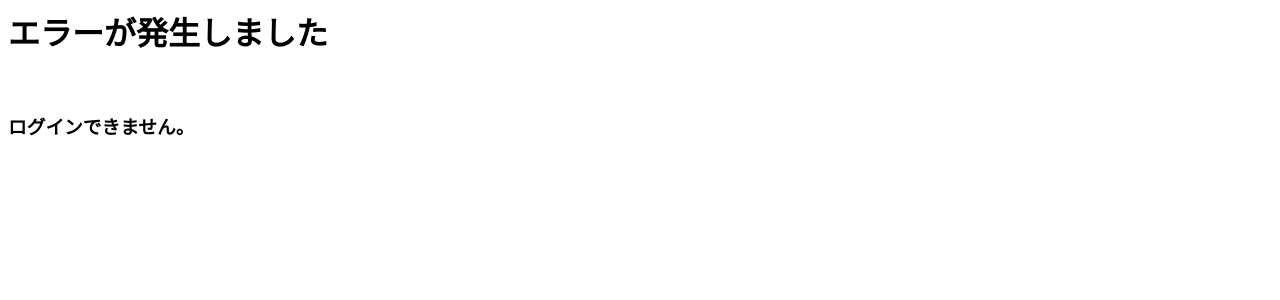
Repository: takano-yoko/test
Page: http://localhost/WebProj4/loginError.jsp
These files come from the project's save history. The page is drawn as it stood at one moment and after the next save; the edit follows.
The browser window is 1280 px wide. The pictures show the whole page.
The page is served by Tomcat 9. Other server files are loaded and not shown.

Above is the page before, as saved 2019-04-17 11:25:00.

### WebProj4/WebContent/loginError.jsp
<%@ page language="java" contentType="text/html; charset=UTF-8"
    pageEncoding="UTF-8"%>
    <%@ taglib prefix="s" uri="/struts-tags" %>
<!DOCTYPE>
<html>
<head>
<meta charset="UTF-8">

<link rel="stylesheet" type="text/css" href="./css/style.css">

<title>LoginError</title>
</head>
<body>
<h1>エラーが発生しました</h1>
<br>
<h3>ログインできません。</h3>

<s:if test='(loginDTOList.get(0).username)=="該当なし"'>
該当者はいませんでした。
</s:if>

</body>
</html>

### WebProj4/WebContent/style.css
table{
	width: auto;
	border-spacing: 0;
	font-size:14px;
}

table th{
	color: #fff;
	padding: 8px 15px;
	background: #258;
	background:-moz-linear-gradient(rgba(34,85,136,0.7), rgba(34,85,136,0.9) 50%);
	background:-webkit-gradient(liner,100% 0%, 100% 50%,from(rgba(34,85,136,0.7)),)
	rgba(34,85,136,0.9)));
	font-weight: bold;
	border-left:1px solid #258;
	boder-top:1px solid #258;
	border-bottom:1px solid #258;
	line height: 120%;
	text-align: center;
	text-shadow:0 -1px 0 rgba(34,85,136,0.9);
	box-shadow: 0px 1px ipx rgba(255,255,255,0.3) inset;
}
table th:first-child{
	border-radius: 5px 0 0 0;
}
table th:last-child{
	border-radius:0 5px 0 0;


	border-right:1px solid #258;
	box-shadow: 2px 2px 1px rgba(0,0,0,0.1),0px 1px 1px rgba(255,255,255,0.3) inset;
}
table tr td{
	padding: 8px 15px;
	border-bottom:1px solid #84b2e0;
	border-left: 1px solid #84b2e0;
	text-align: center;
}
table tr td:last-child{
	border-right:1px solid #84b2e0;
	box-shadow: 2px 2px 1px rgba(0,0,0,0.1);
}
table tr{
	background: #fff;

}
table tr:ntf-child(2n+1){
	background: #f1f6fc;
	}
	table tr:last-child td{
	box-shadow:2px 2px 1px rgba(0,0,0,0.1);
	}
	table tr:last-child td:first-child{
	border-radius: 0 0 0 5px;
	}
	table tr:last-child td:last-child{
	boder-radius: 0 0 5px 0;
	}
	table tr:hover{
	backrgound: #bbd4ee;
	cursor:pointer;
	}

After the next save:
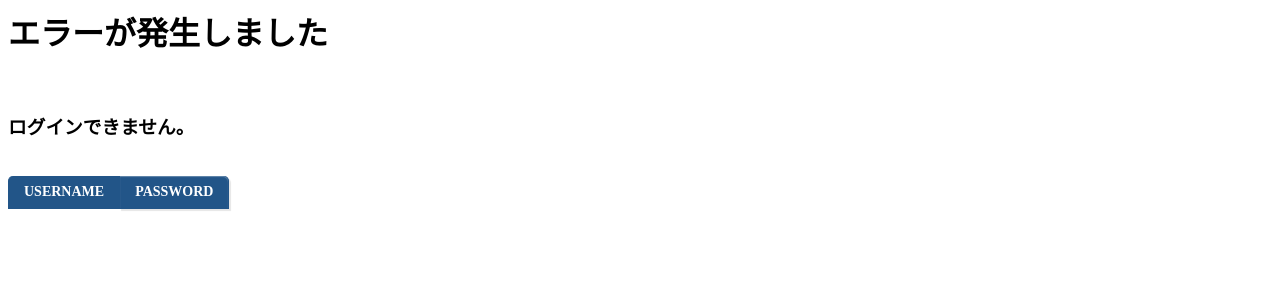
Saved 2 min 36 s later.
--- a/WebProj4/WebContent/loginError.jsp
+++ b/WebProj4/WebContent/loginError.jsp
@@ -19,5 +19,25 @@
 該当者はいませんでした。
 </s:if>
 
+<br>
+<table>
+<tbody>
+<tr>
+<th>USERNAME</th>
+<th>PASSWORD</th>
+</tr>
+
+<s:iterator value="loginDTOList">
+<tr>
+<td><s:property value="username"/></td>
+<td><s:property value="password"/></td>
+</tr>
+</s:iterator>
+
+
+</tbody>
+
+</table>
+
 </body>
 </html>
